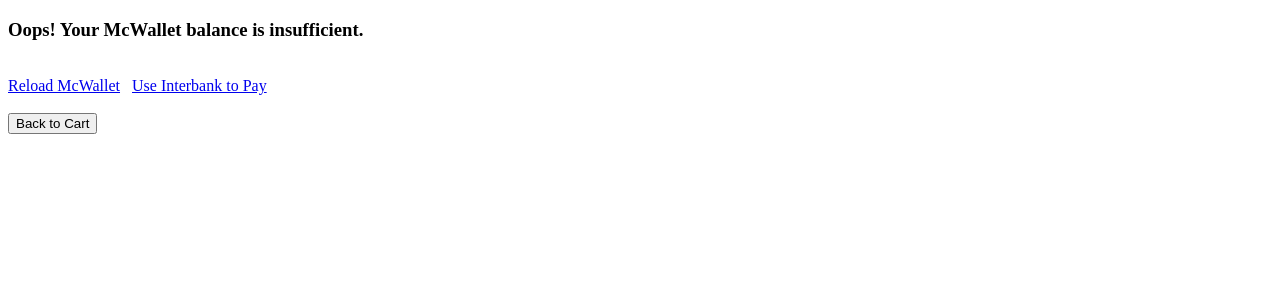
Repository: Jeck97/Mcdonald-Delivery-System
Page: McDelivery/WebContent/placeOrder/insufficientBalancePage.html
These files come from the project's save history. The page is drawn as it stood at one moment and after the next save; the edit follows.
The browser window is 1280 px wide. The pictures show the whole page.

Above is the page before, as saved 2020-07-11 16:43:46.

After the next save:
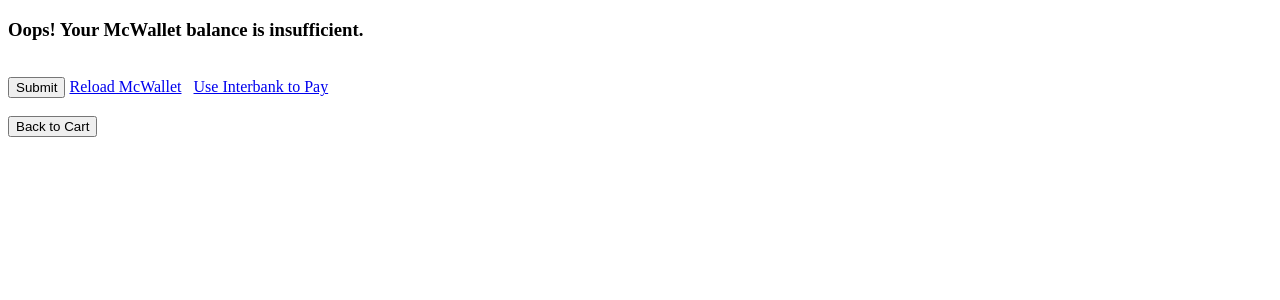
Saved 24 s later.
--- a/McDelivery/WebContent/placeOrder/insufficientBalancePage.html
+++ b/McDelivery/WebContent/placeOrder/insufficientBalancePage.html
@@ -13,7 +13,7 @@
 	<form action="paymentServlet" method="post">
 
 	<input type="hidden" name="payment_method" value="2">
-	<p hidden=""><input id="submit" type="submit"></p>
+	<input id="submit" type="submit">
 
 	<a href="../reloadMcWallet/reloadForm.jsp">Reload McWallet</a> &nbsp;
 	<a href="#submit" >Use Interbank to Pay</a>
